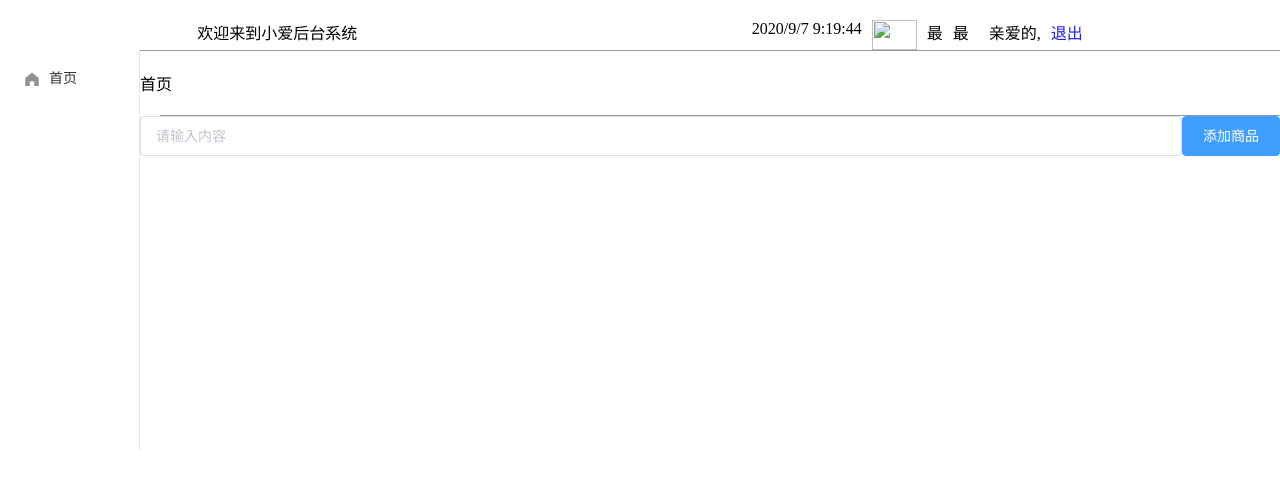
Repository: wujingwenwu/system
Page: /goods/goods
These files come from the project's save history. The page is drawn as it stood at one moment and after the next save; the edit follows.
The browser window is 1280 px wide. The pictures show the whole page.
The page's requests for data from a server got no answer. The project was rebuilt for these pictures with package versions that can differ from the ones it lists, and the page was loaded fresh each time. No one was signed in, and anything a server would have sent is missing. Also part of the build but not shown: vue.config.js, src/views/Home.vue.

Above is the page before, as saved 2020-09-07 10:40:40.

After the next save:
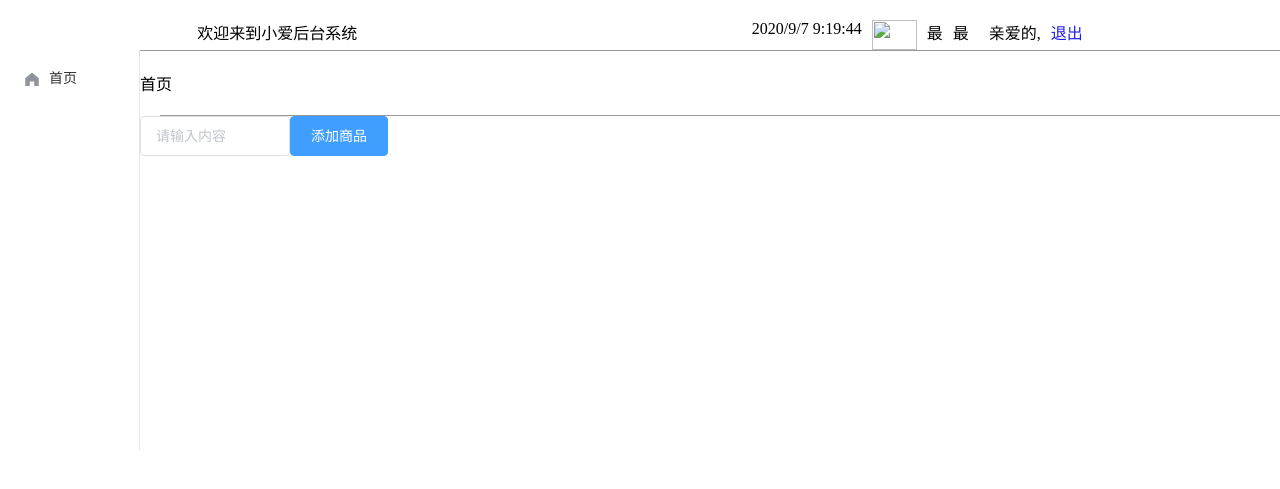
Saved 36 s later.
--- a/src/views/goods/Goods.vue
+++ b/src/views/goods/Goods.vue
@@ -3,7 +3,7 @@
  <div>
  <div class="d-f">
  <el-input
-  placeholder="请输入内容"
+  placeholder="请输入内容" class="input"
   v-model="input"
   clearable>
 </el-input>
@@ -52,5 +52,7 @@ const { mapState, mapActions } = userModule;
 </script>
 
 <style scoped lang='scss'>
-
+.input{
+  width: 150px;
+}
 </style>
